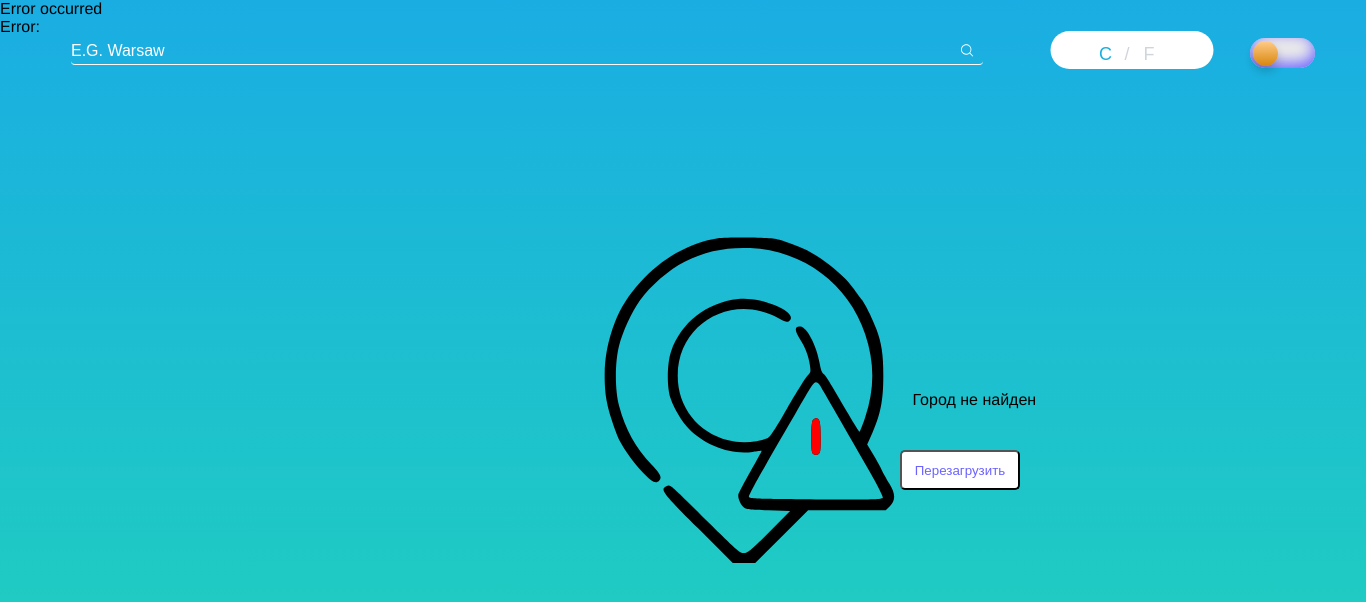
Repository: nikiforovki/WeatherApp
Page: /
The author's editor kept a copy of each file at every save. The page is drawn from the files as they stood at one save, then again after the next save.
The browser window is 1280 px wide. The page is 1366 px wide, so the pictures cover 1366 px, including what lies to the right of the window. The pictures show the whole page.
The page's requests for data from a server got no answer. The project was rebuilt for these pictures with package versions that can differ from the ones it lists, and the page was loaded fresh each time. No one was signed in, and anything a server would have sent is missing. Also part of the build but not shown: webpack.config.ts, public/assets/images/FeatherSunrise.tsx.

Above is the page before, as saved 2024-06-30 05:56:22.

### public/index.html
<!DOCTYPE html>
<html lang="en">
<head>
    <meta charset="UTF-8" />
    <meta name="viewport" content="width=device-width, initial-scale=1.0" />
    <meta http-equiv="X-UA-Compatible" content="ie=edge" />
    <title>React App</title>
</head>
<body>
<div id="root"></div>
</body>
</html>

### src/index.tsx
import React from 'react';
import { createRoot } from 'react-dom/client';
import App from './App';
import { createGlobalStyle } from 'styled-components';
import { Provider } from 'react-redux';
import store from './Redux/store/store';

export const GlobalStyles = createGlobalStyle`
    *, *::after, *::before {
        margin: 0;
        padding: 0;
        box-sizing: border-box;
    }
`;

const container = document.getElementById('root');

if (!container) {
  throw new Error('Failed to find the root element');
}

const root = createRoot(container);

root.render(
  <React.StrictMode>
    <Provider store={store}>
      <GlobalStyles />
      <App />
    </Provider>
  </React.StrictMode>,
);

### src/Redux/store/store.ts
import { configureStore } from '@reduxjs/toolkit';
import createSagaMiddleware from 'redux-saga';
import rootReducer from '../slice/currentweatherSlice';
import rootSaga from '../sagas/index';

const sagaMiddleware = createSagaMiddleware();

const store = configureStore({
  reducer: rootReducer,
  middleware: (getDefaultMiddleware) =>
    getDefaultMiddleware({ thunk: false }).concat(sagaMiddleware),
});

sagaMiddleware.run(rootSaga);

export type RootState = ReturnType<typeof store.getState>;
export type AppDispatch = typeof store.dispatch;

export default store;

### src/components/WeatherSummary/WeatherSummary.tsx
import React from 'react';
import styled from 'styled-components';
import TodayWeatherContainer from '../TodayWeatherContainer/TodayWeatherContainer';
import HourlyWeatherForecast from '../HourlyWeatherForecast/HourlyWeatherForecast';
import ToggleTheme from '../ToggleTheme/ToggleTheme';

const WeatherSummaryConteiner = styled.div`
  display: flex;
  justify-content: space-between;
  align-items: center;
`;

export const WeatherSummary = () => {
  return (
    <WeatherSummaryConteiner>
      <ToggleTheme />
      <TodayWeatherContainer />
      <HourlyWeatherForecast />
    </WeatherSummaryConteiner>
  );
};

### GlobalStyles.tsx
import { createGlobalStyle } from 'styled-components';

const GlobalStyles = createGlobalStyle`
  @font-face {
    font-family: 'Helvetica Neue';
    src: url('/HelveticaNeue-Medium.ttf') format('truetype');
    font-weight: 500;
    font-style: normal;
  }



  [data-theme='dark'] {



    --primary-color: #1aade3;
    --secondary-color: #20d1bc;

    --weatherCardBackground: rgb(80, 80, 80);


    --weatherCardline: #ffffff99;

    --description-text-color: #ffffff99;
    --value-text-color: #ffffff99;


    //Блок с почасовым прогнозом


    --box-text-color: #FFFFFF99;
    --temperature-text-color: #FFFFFF99;

    //Блок Now
    --temperature-now-text-color: #FFFFFF99;
    --now-text-color: #FFFFFF99;

    //Input
    --input-text-color: #FFFFFF99;







   //  --primary-color: #1aade3;
   //  --secondary-color: #20d1bc;

   //Блок Today
   --temperature-today-text-color: #FFFFFF99;

   --dataToday-text-color: #FFFFFF99;

   --today-text-color: #FFFFFF99;

   --text-color-city: #FFFFFF99;


  }

  [data-theme='light'] {



   --primary-color: #20d1bc;
   --secondary-color: #1aade3;

   --weatherCardBackground: rgb(255, 255, 255);

   --weatherCardline: #FFFFFF;

   --description-text-color: #072A41;

   --value-text-color: #072A41;


   //Блок с почасовым прогнозом
   --box-text-color: #FFFFFF;
   --temperature-text-color: #FFFFFF;


   //Блок Today

   --temperature-today-text-color: #FFFFFF;
   --dataToday-text-color: #FFFFFF;
   --today-text-color: #FFFFFF;

   --text-color-city: #FFFFFF;


   //Блок Now
   --temperature-now-text-color: #FFFFFF;
   --now-text-color: #FFFFFF;



   // --primary-color: #20d1bc;
   // --secondary-color: #1aade3;

    //Input
    --input-text-color: #FFFFFF;
  }

 .App {
    display: flex;
    justify-content: center;
    align-items: center;
    height: 100vh;
    width: 100vw;
   //  background-color: linear-gradient(180deg, var(--primary-color) 0%, var(--secondary-color) 100%);
  }

  html,
  body {
    margin: 0;
    padding: 0;

  }
`;

export default GlobalStyles;

### src/components/Selecton/WeatherSkeleton.tsx
import React from 'react';
import Skeleton, { SkeletonTheme } from 'react-loading-skeleton';
import 'react-loading-skeleton/dist/skeleton.css';
import styled from 'styled-components';

const StyledSkeletonToday = styled.div`
  position: fixed;
  top: 150px;
  left: 110px;
`;

const StyledSkeletonWeather = styled.div`
  position: fixed;
  display: flex;
  flex-wrap: wrap;
  top: 613px;
  left: 71px;
  gap: 24px;
  max-width: 1280px;
  overflow: hidden;

  & > *:not(:last-child) {
    margin-right: 10px;
  }

  @media (max-width: 375px) {
    max-width: 300px;
    left: 30px;
    top: 500px;
  }

  @media (max-width: 1024px) {
    width: 660px;
    left: 70px;
    top: 900px;
  }
`;

const InputSkeletonContainer = styled.div`
  position: fixed;
  top: 30px;
  left: 71px;
  z-index: 90;
  display: flex;
  align-items: center;

  @media (max-width: 375px) {
    width: 100px;
  }

  @media (max-width: 1024px) {
    width: 200px;
  }
`;
const AdaptiveSkeleton = styled(Skeleton)`
  width: 100%;
  height: 38px;

  @media (max-width: 375px) {
    height: 38px;
  }

  @media (max-width: 1024px) {
    height: 38px;
  }
`;

const StyledBtn = styled.div`
  position: fixed;
  top: 30px;
  left: 1050px;
`;

const StyledToggleTheme = styled.div`
  position: fixed;
  top: 35px;
  left: 1250px;
`;

const WeatherSkeleton = () => {
  return (
    <SkeletonTheme baseColor='#FFFFFF' highlightColor='#1AADE3'>
      <div>
        <StyledSkeletonToday>
          <Skeleton height={300} width={250} borderRadius={20} />
        </StyledSkeletonToday>
        <StyledSkeletonWeather>
          <Skeleton height={146} width={288} />
          <Skeleton height={146} width={288} />
          <Skeleton height={146} width={288} />
          <Skeleton height={146} width={288} />
          <Skeleton height={146} width={288} />
          <Skeleton height={146} width={288} />
          <Skeleton height={146} width={288} />
          <Skeleton height={146} width={288} />
        </StyledSkeletonWeather>
        <InputSkeletonContainer>
          <Skeleton height={38} width={950} />
          <AdaptiveSkeleton />
        </InputSkeletonContainer>
        <StyledBtn>
          <Skeleton height={38} width={163} borderRadius={29} />
        </StyledBtn>
        <StyledToggleTheme>
          <Skeleton height={30} width={65} borderRadius={29} />
        </StyledToggleTheme>
      </div>
    </SkeletonTheme>
  );
};

export default WeatherSkeleton;

### src/Redux/sagas/index.ts
import { all, call, put, takeLatest } from 'redux-saga/effects';
import axios from 'axios';
import {
  fetchCurrentWeatherSuccess,
  fetchCurrentWeatherFailure,
  fetchWeatherDataByCityNameFailure,
  fetchCityListSuccess,
  fetchCityListFailure,
  putWeatherData,
} from '../actions/actions';

const API_KEY = process.env.REACT_APP_API_KEY;
const weatherApi = axios.create({
  baseURL: process.env.REACT_APP_WEATHER_API_BASE_URL,
});

const AUTOCOMPLETE_API_URL = process.env.REACT_APP_AUTOCOMPLETE_API_URL;

function* fetchCurrentWeather(action) {
  try {
    const response = yield call(
      axios.get,
      `${process.env.REACT_APP_API_URL}?lat=55.751244&lon=37.618423&appid=${API_KEY}`,
    );
    yield put(fetchCurrentWeatherSuccess(response.data));
  } catch (error) {
    yield put(fetchCurrentWeatherFailure(error.message));
  }
}

function* workerGetWeatherDataBySearch(action) {
  try {
    const { cityName, weatherUnit } = action.payload;
    let temperature;

    const response = yield call(
      weatherApi.get,
      `weather?q=${cityName}&appid=${API_KEY}`,
    );

    const { lat, lon } = response.data.coord;
    const weatherResponse = yield call(
      weatherApi.get,
      `onecall?lat=${lat}&lon=${lon}&units=${weatherUnit}&appid=${API_KEY}`,
    );

    temperature = weatherResponse.data.current.temp;

    if (weatherUnit === 'metric') {
    } else if (weatherUnit === 'imperial') {
      const temperatureInFahrenheit = ((temperature - 273.15) * 9) / 5 + 32;
    }

    yield put(
      putWeatherData({
        ...weatherResponse.data,
        current: { ...weatherResponse.data.current, temp: temperature },
      }),
    );
  } catch (error) {
    console.error('Ошибка в workerGetWeatherDataBySearch:', error);

    let errorMessage = 'Не удалось получить данные о погоде';
    if (error.response && error.response.status === 404) {
      errorMessage = 'Город не найден';
    } else {
      errorMessage =
        error.message || 'Произошла ошибка при получении данных о погоде';
    }

    yield put(fetchWeatherDataByCityNameFailure({ message: errorMessage }));
  }
}

function* fetchCityList(action) {
  try {
    const response = yield call(
      axios.get,
      `${AUTOCOMPLETE_API_URL}?term=${encodeURIComponent(action.payload)}&locale=en&types[]=city`,
    );

    if (response.data && response.data.length > 0) {
      yield put(fetchCityListSuccess(response.data));
    } else {
      yield put(fetchCityListFailure('Города не найдены'));
    }
  } catch (error) {
    yield put(fetchCityListFailure('Ошибка при получении списка городов'));
  }
}

function* handleInputChange(event) {
  const inputValue = event.target.value;
  yield put({ type: 'FETCH_CITY_LIST_REQUEST', payload: inputValue });
}

export function* watchFetchCityList() {
  yield takeLatest('FETCH_CITY_LIST_REQUEST', fetchCityList);
}

export function* watchFetchCurrentWeather() {
  yield takeLatest('FETCH_CURRENT_WEATHER_REQUEST', fetchCurrentWeather);
}

export function* watchWorkerGetWeatherDataBySearch() {
  yield takeLatest(
    'WORKER_GET_WEATHER_DATA_BY_SEARCH_REQUEST',
    workerGetWeatherDataBySearch,
  );
}

export default function* rootSaga() {
  yield all([
    watchFetchCurrentWeather(),
    watchWorkerGetWeatherDataBySearch(),
    watchFetchCityList(),
  ]);
}

### src/components/ToggleTheme/ToggleTheme.tsx
import React, { useEffect, useState } from 'react';
import styled from 'styled-components';
import { THEME_LOCAL_STORAGE_KEY } from './constants';

enum Theme {
  LIGHT = 'light',
  DARK = 'dark',
}

const DarkModeContainer = styled.div`
  position: fixed;
  top: 38px;
  margin-left: 1250px;
`;

const DarkModeLabel = styled.label`
  width: 65px;
  height: 30px;
  top: 38px;
  position: fixed;
  display: block;
  background: #ebebeb;
  border-radius: 200px;
  box-shadow:
    inset 0px 5px 15px rgba(110, 108, 108, 0),
    inset 0px -5px 15px rgb(108, 99, 255);
  cursor: pointer;
  transition: background 0.6s ease-in-out;

  &:after {
    content: '';
    width: 25px;
    height: 25px;
    position: absolute;
    top: 3px;
    left: 3px;
    background: linear-gradient(180deg, #ffcc89, #d8860b);
    border-radius: 180px;
    box-shadow: 0px 5px 10px rgba(0, 0, 0, 0.2);
    transition:
      left 0.6s ease-in-out,
      background 0.6s ease-in-out;
  }

  &:active:after {
    width: 30px;
  }
  @media (max-width: 375px) {
    left: 500px;
  }

  @media (max-width: 1024px) {
    left: 650px;
  }
`;

const DarkModeInput = styled.input.attrs({ type: 'checkbox' })`
  width: 0;
  height: 0;
  visibility: hidden;

  &:checked + ${DarkModeLabel} {
    background: #242424;
  }

  &:checked + ${DarkModeLabel}:after {
    left: calc(100% - 28px);
    background: linear-gradient(180deg, #777, #3a3a3a);
  }
`;

const ToggleTheme: React.FC = () => {
  const [isDarkTheme, setIsDarkTheme] = useState(false);

  useEffect(() => {
    const savedTheme = localStorage.getItem('theme');
    if (savedTheme) {
      setIsDarkTheme(savedTheme === 'dark');
    } else {
      const prefersDark = window.matchMedia(
        '(prefers-color-scheme: dark)',
      ).matches;
      setIsDarkTheme(prefersDark);
    }
  }, []);

  useEffect(() => {
    const themeKey = isDarkTheme ? 'dark' : 'light';
    localStorage.setItem('theme', themeKey);
    document.documentElement.dataset.theme = themeKey;
    console.log(`Setting theme to: ${themeKey}`);
  }, [isDarkTheme]);

  useEffect(() => {
    const themeListener = (e: MediaQueryListEvent) => {
      const prefersDark = e.matches;
      console.log(
        `Current theme after system change: ${prefersDark ? 'dark' : 'light'}`,
      );
      setIsDarkTheme(prefersDark);
    };

    const mediaQuery = window.matchMedia('(prefers-color-scheme: dark)');
    mediaQuery.addEventListener('change', themeListener);

    return () => {
      mediaQuery.removeEventListener('change', themeListener);
    };
  }, []);

  const handleToggleTheme = () => {
    setIsDarkTheme(!isDarkTheme);
    console.log(`Toggled theme: ${isDarkTheme ? 'dark' : 'light'}`);
  };

  return (
    <DarkModeContainer>
      <DarkModeInput
        id='darkmode-toggle'
        type='checkbox'
        onChange={handleToggleTheme}
        checked={isDarkTheme}
      />
      <DarkModeLabel htmlFor='darkmode-toggle' />
    </DarkModeContainer>
  );
};

export default ToggleTheme;

### src/components/ToggleTemperatureScale/ToggleTemperatureScale.tsx
import React, { useState } from 'react';
import styled from 'styled-components';
import { useDispatch, useSelector } from 'react-redux';
import { toggleTemperatureScale } from '../../Redux/actions/actions';

interface State {
  temperatureScale?: string;
}

const ToggleContainer = styled.div`
  position: fixed;
  display: flex;
  align-items: center;
  justify-content: center;
  width: 163px;
  height: 38px;
  top: 50px;
  left: 1132px;
  transform: translate(-50%, -50%);
  background: #ffffff;
  border-radius: 29px;
  padding: 5px;
  cursor: pointer;
  @media (max-width: 375px) {
    left: 300px;
  }

  @media (max-width: 1024px) {
    left: 550px;
  }
`;

const TemperatureToggleButton = styled.button<{ isActive?: boolean }>`
  position: relative;
  font-size: 18px;
  width: 12px;
  height: 22px;
  border: none;
  border-radius: 29px;
  cursor: pointer;
  transition: color 0.3s ease;
  background: none;
  color: ${(props) => (props.isActive ? '#1AAFE0' : '#13264A33')};
  margin-right: 10px;
  top: 4px;
`;

export const TemperatureScaleToggle = () => {
  const dispatch = useDispatch();
  const temperatureScale = useSelector(
    (state: State) => state.temperatureScale,
  );
  const [isCelsius, setIsCelsius] = useState(temperatureScale === 'C');

  if (!temperatureScale) {
    return <p>Загрузка...</p>;
  }

  const handleClick = () => {
    const newScale = isCelsius ? 'F' : 'C';
    setIsCelsius(!isCelsius);
    const scaleNumber = newScale === 'C' ? 0 : 1;
    dispatch(toggleTemperatureScale(scaleNumber));
  };

  return (
    <ToggleContainer onClick={handleClick}>
      <TemperatureToggleButton isActive={isCelsius}>С</TemperatureToggleButton>
      <TemperatureToggleButton>/</TemperatureToggleButton>
      <TemperatureToggleButton isActive={!isCelsius}>F</TemperatureToggleButton>
    </ToggleContainer>
  );
};

### public/assets/images/IconSearch.tsx
import React from 'react';

const IconSearch = () => (
  <svg
    width='22'
    height='22'
    viewBox='0 0 38 38'
    fill='none'
    xmlns='http://www.w3.org/2000/svg'
  >
    <path
      d='M20.7773 20.184L15.9056 15.312H15.8531C17.3547 13.5415 18.1136 11.2588 17.9709 8.94156C17.8282 6.62433 16.7951 4.45202 15.0876 2.87905C13.3801 1.30608 11.1306 0.454303 8.80958 0.501892C6.48855 0.549481 4.27583 1.49275 2.63427 3.13439C0.992706 4.77602 0.0494786 6.98885 0.00189181 9.30999C-0.045695 11.6311 0.806045 13.8808 2.37894 15.5883C3.95184 17.2958 6.12404 18.329 8.44117 18.4717C10.7583 18.6144 13.0408 17.8555 14.8113 16.3539C14.8113 16.3539 14.8113 16.3914 14.8113 16.4063L19.6831 21.2783C19.7527 21.3485 19.8356 21.4043 19.927 21.4424C20.0183 21.4804 20.1163 21.5 20.2152 21.5C20.3141 21.5 20.4121 21.4804 20.5034 21.4424C20.5948 21.4043 20.6777 21.3485 20.7473 21.2783C20.8242 21.2103 20.8862 21.1272 20.9296 21.0342C20.9731 20.9412 20.9969 20.8402 20.9997 20.7376C21.0025 20.635 20.9842 20.533 20.946 20.4377C20.9077 20.3425 20.8503 20.2561 20.7773 20.184ZM9.00276 16.9685C7.5204 16.9685 6.07133 16.5289 4.83879 15.7053C3.60625 14.8817 2.64561 13.7111 2.07833 12.3415C1.51106 10.9719 1.36263 9.46488 1.65183 8.01094C1.94102 6.55699 2.65485 5.22146 3.70303 4.17322C4.75122 3.12499 6.08669 2.41113 7.54057 2.12192C8.99445 1.83272 10.5014 1.98115 11.871 2.54845C13.2405 3.11575 14.411 4.07644 15.2346 5.30904C16.0581 6.54163 16.4977 7.99077 16.4977 9.4732C16.4977 10.4575 16.3038 11.4322 15.9272 12.3415C15.5505 13.2509 14.9985 14.0772 14.3025 14.7732C13.6065 15.4692 12.7803 16.0213 11.871 16.3979C10.9616 16.7746 9.98701 16.9685 9.00276 16.9685Z'
      fill='#FFFFFF'
    />
  </svg>
);

export default IconSearch;

### src/Redux/actions/actions.ts
import { createAction } from '@reduxjs/toolkit';

export const fetchCurrentWeatherRequest = createAction<{ city: string }>(
  'FETCH_CURRENT_WEATHER_REQUEST',
);
export const fetchCurrentWeatherSuccess = createAction<any>(
  'FETCH_CURRENT_WEATHER_SUCCESS',
);
export const fetchCurrentWeatherFailure = createAction<{ message: string }>(
  'FETCH_CURRENT_WEATHER_FAILURE',
);

export const updateCity = createAction<string>('UPDATE_CITY');

export const updateCitiesList = createAction<string[]>('UPDATE_CITIES_LIST');

export const fetchCityListRequest = createAction('FETCH_CITY_LIST_REQUEST');
export const fetchCityListSuccess = createAction<any>(
  'FETCH_CITY_LIST_SUCCESS',
);
export const fetchCityListFailure = createAction<{ message: string }>(
  'FETCH_CITY_LIST_FAILURE',
);

export const putWeatherData = createAction<{
  currentTemp: number;
  windSpeed: number;
  weatherUnit?: 'metric' | 'imperial';
}>('PUT_WEATHER_DATA');

export const fetchWeatherDataByCityNameRequest = createAction<{
  cityName: string;
  weatherUnit: 'metric' | 'imperial';
}>('FETCH_WEATHER_DATA_BY_CITY_NAME_REQUEST');
export const fetchWeatherDataByCityNameSuccess = createAction<any>(
  'FETCH_WEATHER_DATA_BY_CITY_NAME_SUCCESS',
);
export const fetchWeatherDataByCityNameFailure = createAction<string>(
  'FETCH_CITY_DATA_BY_CITY_NAME_FAILURE',
);

export const workerGetWeatherDataBySearchRequest = createAction<{
  cityName: string;
  weatherUnit: 'metric' | 'imperial';
}>('WORKER_GET_WEATHER_DATA_BY_SEARCH_REQUEST');

export const toggleTemperatureScale = createAction<{ value: unknown }>(
  'TOGGLE_TEMPERATURE_SCALE',
);

### public/assets/images/IconError.tsx
import React from 'react';

const IconError = () => (
  <svg
    version='1.0'
    xmlns='http://www.w3.org/2000/svg'
    width='245.000000pt'
    height='245.000000pt'
    viewBox='0 0 245.000000 245.000000'
    preserveAspectRatio='xMidYMid meet'
  >
    <metadata>
      Created by potrace 1.16, written by Peter Selinger 2001-2019
    </metadata>
    <g
      transform='translate(0.000000,245.000000) scale(0.100000,-0.100000)'
      fill='#000000'
      stroke='none'
    >
      <path
        d='M990 2441 c-207 -30 -424 -152 -583 -330 -93 -104 -146 -188 -191
-303 -51 -133 -76 -259 -76 -393 0 -162 17 -244 94 -453 25 -67 117 -200 194
-280 68 -71 96 -84 120 -60 24 24 11 51 -57 122 -117 121 -196 263 -242 436
-33 121 -33 327 -1 454 27 106 94 254 156 340 79 111 218 231 336 291 153 78
311 110 492 102 397 -17 738 -272 862 -646 71 -214 71 -408 0 -622 -20 -60
-40 -109 -43 -109 -4 0 -40 57 -81 128 -155 266 -171 291 -188 304 -12 8 -22
36 -29 78 -23 134 -94 272 -145 278 -44 5 -46 -29 -5 -91 41 -63 65 -124 76
-197 8 -51 7 -56 -18 -80 -14 -14 -82 -123 -151 -242 -92 -161 -131 -220 -150
-227 -82 -33 -203 -40 -293 -16 -230 60 -379 250 -379 485 0 390 405 622 753
432 58 -31 69 -34 83 -22 78 64 -206 186 -384 165 -237 -27 -427 -176 -502
-393 -31 -89 -33 -268 -4 -352 25 -75 85 -176 137 -229 122 -126 320 -198 480
-173 35 5 65 9 66 8 2 -1 -36 -70 -83 -152 -46 -82 -87 -159 -91 -172 -6 -27
12 -74 39 -99 17 -15 44 -19 185 -23 l164 -5 -156 -157 c-125 -125 -163 -158
-184 -158 -42 0 -23 -17 -414 369 -140 138 -147 144 -171 133 -54 -24 -39 -44
237 -319 l263 -263 79 0 79 0 201 200 201 200 291 0 291 0 31 31 c44 43 43 95
-3 169 -19 30 -46 78 -59 105 -13 28 -43 81 -66 119 l-42 69 26 58 c74 165 95
267 95 459 0 160 -13 244 -53 351 -29 78 -91 202 -110 220 -7 8 -32 41 -55 75
-47 69 -116 135 -223 213 -92 67 -164 103 -282 142 -87 30 -101 31 -277 35
-102 1 -210 -1 -240 -5z m764 -1103 c14 -22 139 -239 373 -646 60 -104 102
-189 99 -197 -5 -13 -71 -15 -503 -13 -450 3 -498 5 -501 19 -2 9 54 115 124
235 69 121 169 293 222 384 129 224 140 240 157 240 8 0 21 -10 29 -22z'
        style={{ fill: 'black' }}
      />

      <path
        d='M1702 1078 c-8 -8 -12 -51 -12 -130 0 -100 2 -118 17 -127 11 -6 24
      -6 35 0 16 8 18 25 18 127 0 115 -7 142 -35 142 -6 0 -16 -5 -23 -12z'
      />
      <path
        d='M1702 1078 c-8 -8 -12 -51 -12 -130 0 -100 2 -118 17 -127 11 -6 24
-6 35 0 16 8 18 25 18 127 0 115 -7 142 -35 142 -6 0 -16 -5 -23 -12z'
        style={{ fill: 'red' }}
      />
    </g>
  </svg>
);

export default IconError;

Loaded but not shown: src/components/HourlyWeatherForecast/HourlyWeatherForecast.tsx (302 lines, source omitted); src/Redux/slice/currentweatherSlice.ts (270 lines, source omitted); src/components/WeatherForecastDetails/WeatherForecastDetails.tsx (252 lines, source omitted); src/components/TodayWeatherContainer/TodayWeatherContainer.tsx (273 lines, source omitted); src/components/InputSearch/InputSearch.tsx (249 lines, source omitted); src/App.tsx (154 lines, source omitted)

After the next save:
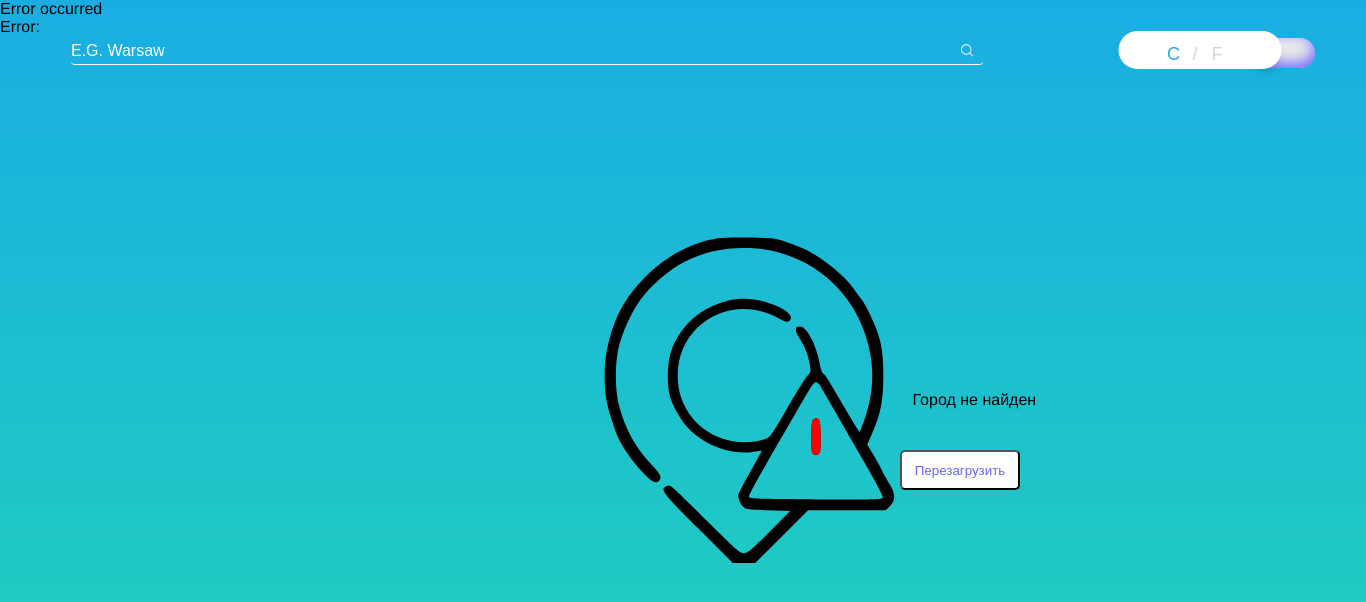
Saved 3 min 14 s later.
--- a/src/components/ToggleTemperatureScale/ToggleTemperatureScale.tsx
+++ b/src/components/ToggleTemperatureScale/ToggleTemperatureScale.tsx
@@ -15,7 +15,7 @@
   width: 163px;
   height: 38px;
   top: 50px;
-  left: 1132px;
+  left: 1200px;
   transform: translate(-50%, -50%);
   background: #ffffff;
   border-radius: 29px;

After the save that followed:
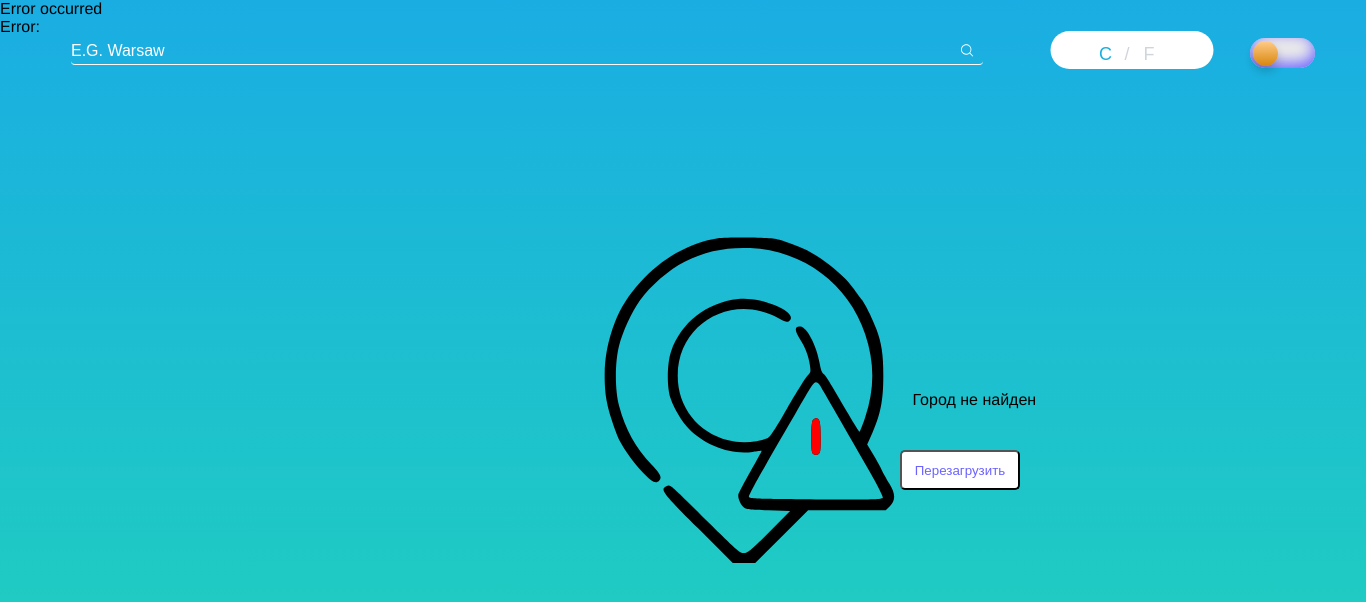
Saved 8 s later.
--- a/src/components/ToggleTemperatureScale/ToggleTemperatureScale.tsx
+++ b/src/components/ToggleTemperatureScale/ToggleTemperatureScale.tsx
@@ -15,7 +15,7 @@
   width: 163px;
   height: 38px;
   top: 50px;
-  left: 1200px;
+  left: 1132px;
   transform: translate(-50%, -50%);
   background: #ffffff;
   border-radius: 29px;
